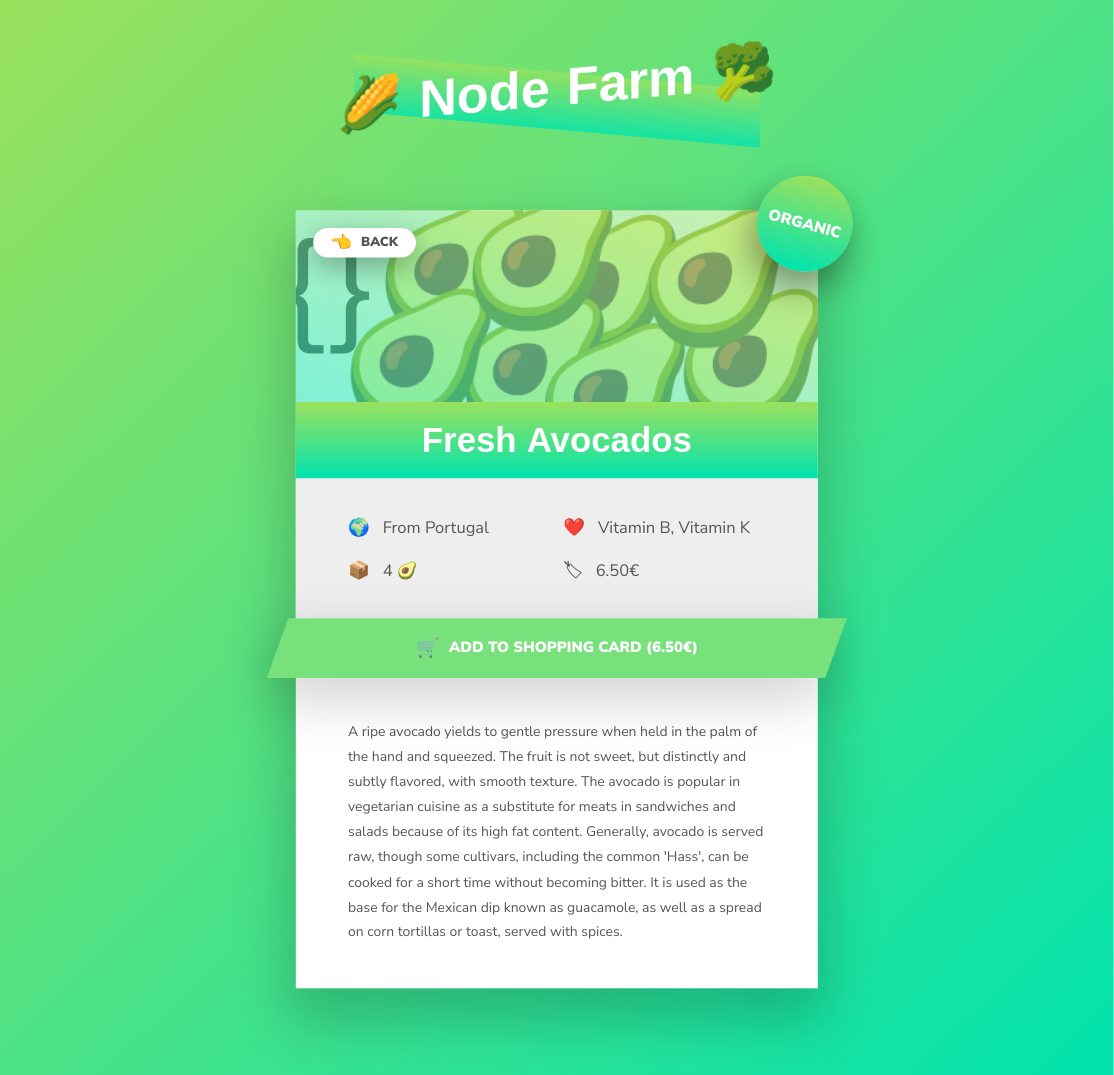
Repository: 13-Joban/Node_Farm_Backend
Page: templates/product.html
The author's editor kept a copy of each file at every save. The page is drawn from the files as they stood at one save, then again after the next save.
The browser window is 1280 px wide. The pictures show the whole page, at 87% of full size.
Some web fonts or font styles are not loaded; a fallback is used.

Above is the page before, as saved 2022-07-16 16:56:53.

After the next save:
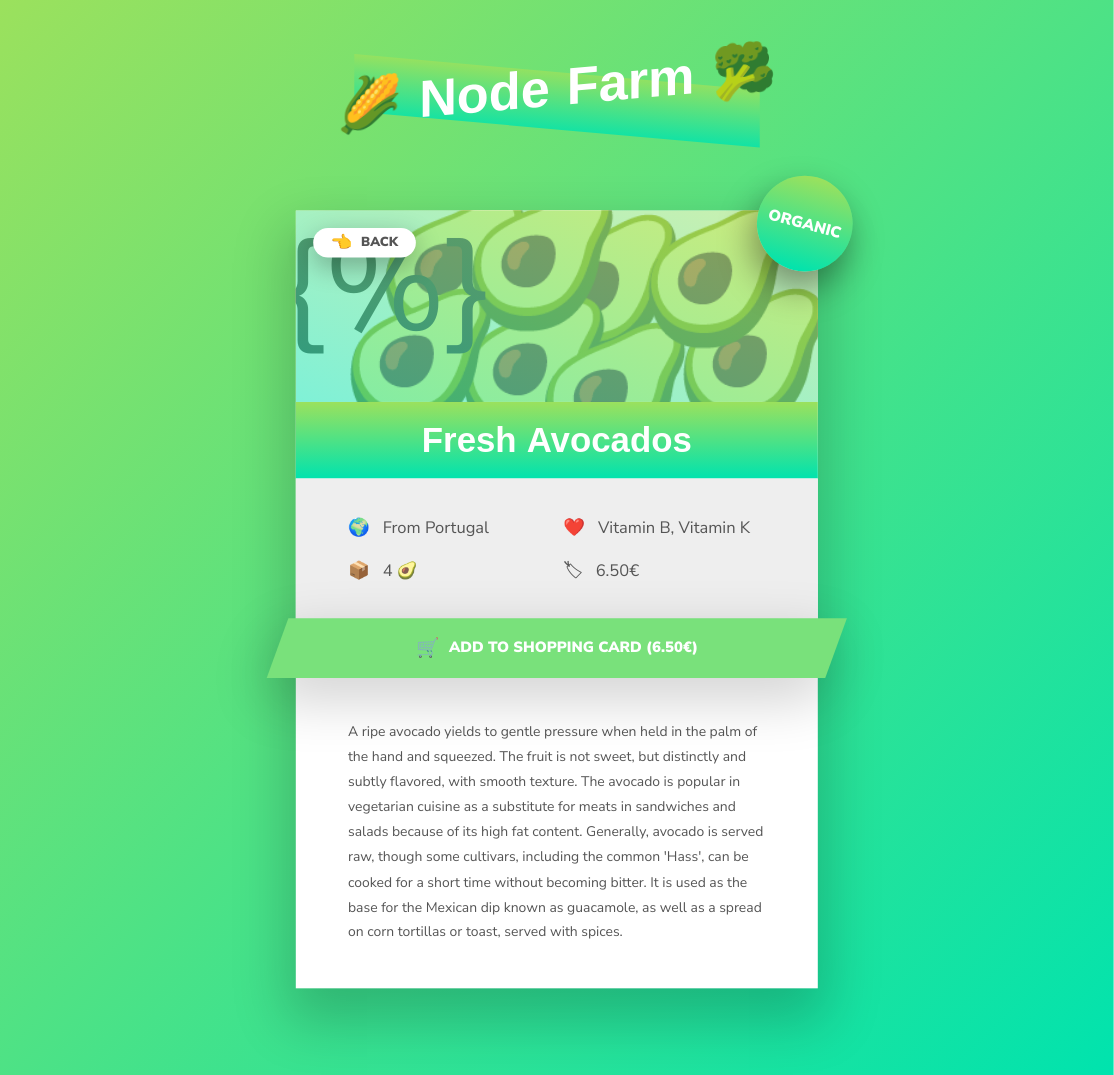
Saved 8 s later.
--- a/templates/product.html
+++ b/templates/product.html
@@ -275,7 +275,7 @@
           <span class="emoji-left">👈</span>Back
         </a>
         <div class="product__hero">
-          <span class="product__emoji product__emoji--1">{}</span>
+          <span class="product__emoji product__emoji--1">{%}</span>
           <span class="product__emoji product__emoji--2">🥑</span>
           <span class="product__emoji product__emoji--3">🥑</span>
           <span class="product__emoji product__emoji--4">🥑</span>
